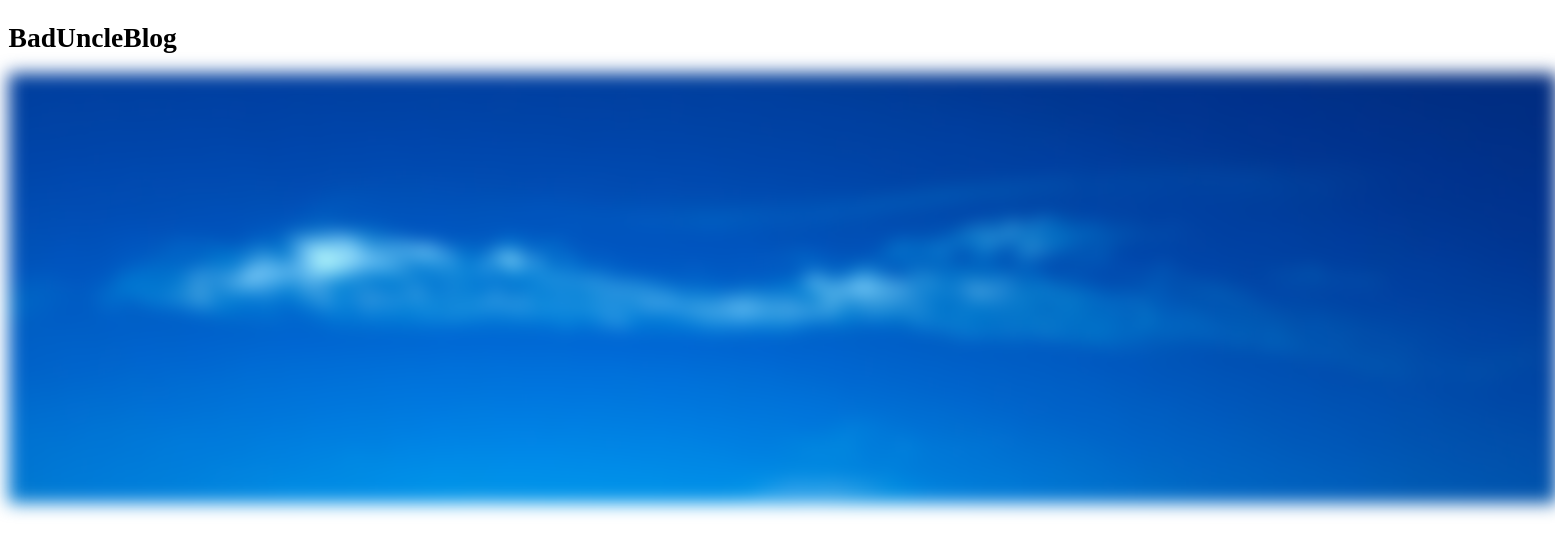
Repository: lidasi/monkeyLife
Page: http://localhost/monkeyLife/jsp/topbar.jsp
These files come from the project's save history. The page is drawn as it stood at one moment and after the next save; the edit follows.
The browser window is 1280 px wide. The page is 1280 px wide, then 1808 px, so the pictures cover 1808 px, including what lies to the right of the window. The pictures show the whole page, at 86% of full size.
The page is served by Tomcat 9.

Above is the page before, as saved 2017-07-13 06:51:12.

### workSpeaces/monkeyLife/WebContent/jsp/topbar.jsp
<%@ page language="java" contentType="text/html; charset=UTF-8"
    pageEncoding="UTF-8"%>
<!DOCTYPE html PUBLIC "-//W3C//DTD HTML 4.01 Transitional//EN" "http://www.w3.org/TR/html4/loose.dtd">
<html>
<head>
<meta http-equiv="Content-Type" content="text/html; charset=UTF-8">
<link rel="stylesheet" type="text/css" media="screen" href="../css/top.css">
<script type="text/javascript" src="../js/jquery.min.js"></script>
<title>topbar</title>
<script type="text/javascript">
        $(function(){
            var height = 500;
            var width = 1800;
            $("#backgroundImage").height(height).width(width);
        });
    </script>
</head>
<body>
	<div id="">
	<div id="title"><h1>BadUncleBlog</h1>
		<div id ="backgroundImage"></div>
		</div>

	</div>

</body>
</html>

### workSpeaces/monkeyLife/WebContent/css/top.css
@CHARSET "UTF-8";
#backgroundImage{
/*    border: 1px solid #CCCCCC;
    padding:90px 5px 10px;*/
    background: url("../image/dock/backgroundImage.jpg") no-repeat;
    background-size: cover;
    -webkit-filter: blur(10px);
    -ms-filter: blur(10px);
    position:relative;
    filter: progid:DXImageTransform.Microsoft.Blur(PixelRadius=10, MakeShadow=false);
    animation:mymove 5s infinite;
    -webkit-animation:mymove 5s infinite;
}
@keyframes mymove
{
    0%   {top:0px; background:url("../image/dock/backgroundImage.jpg");}
    50% {top:0px; background:url("../image/dock/background_001.jpg");}
    100% {top:0px; background:url("../image/dock/backgroundImage.jpg");}
}

@-webkit-keyframes mymove
{
    0%   {top:0px; background:url("../image/dock/backgroundImage.jpg");
    }
    50%   {top:0px; background:url("../image/dock/background_001.jpg");
    }
    100% {top:0px; background:url("../image/dock/backgroundImage.jpg");
    }
}

#title { position: fixed; top: 5px; left: 10px; float: center }

Loaded but not shown: workSpeaces/monkeyLife/WebContent/js/jquery.min.js (library)

After the next save:
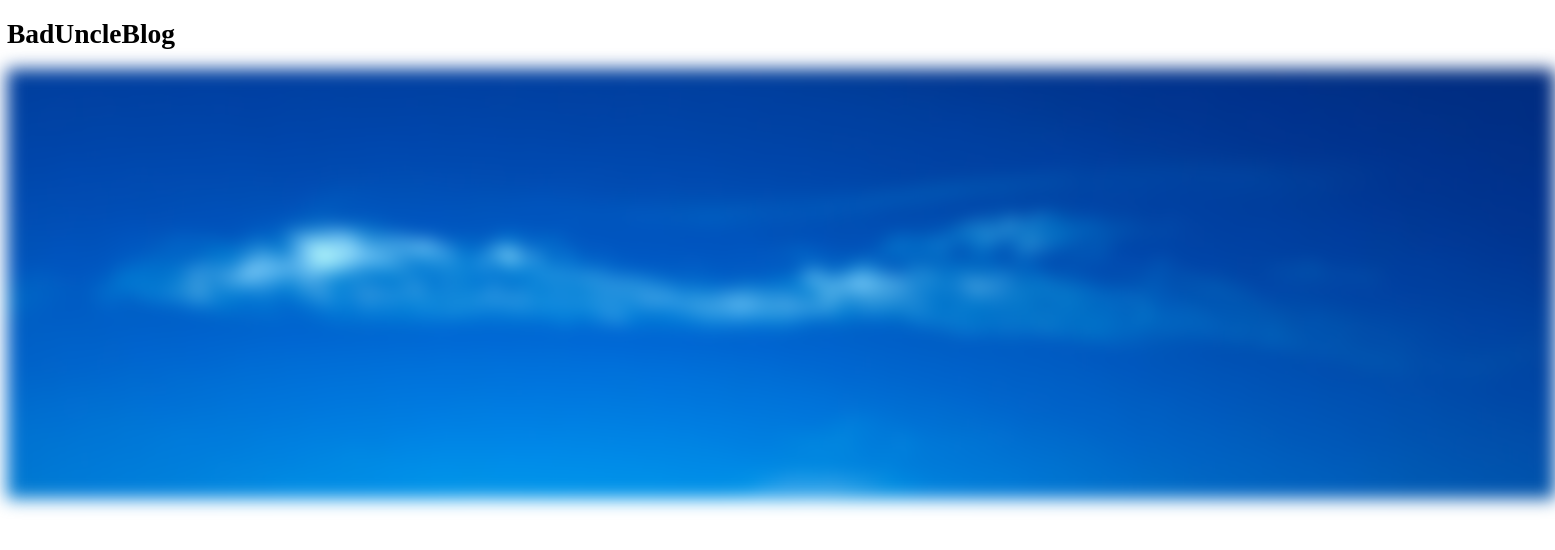
Saved 11 s later.
--- a/workSpeaces/monkeyLife/WebContent/css/top.css
+++ b/workSpeaces/monkeyLife/WebContent/css/top.css
@@ -28,4 +28,4 @@
     }
 }
 
-#title { position: fixed; top: 5px; left: 10px; float: center }
+#title {float: center }
